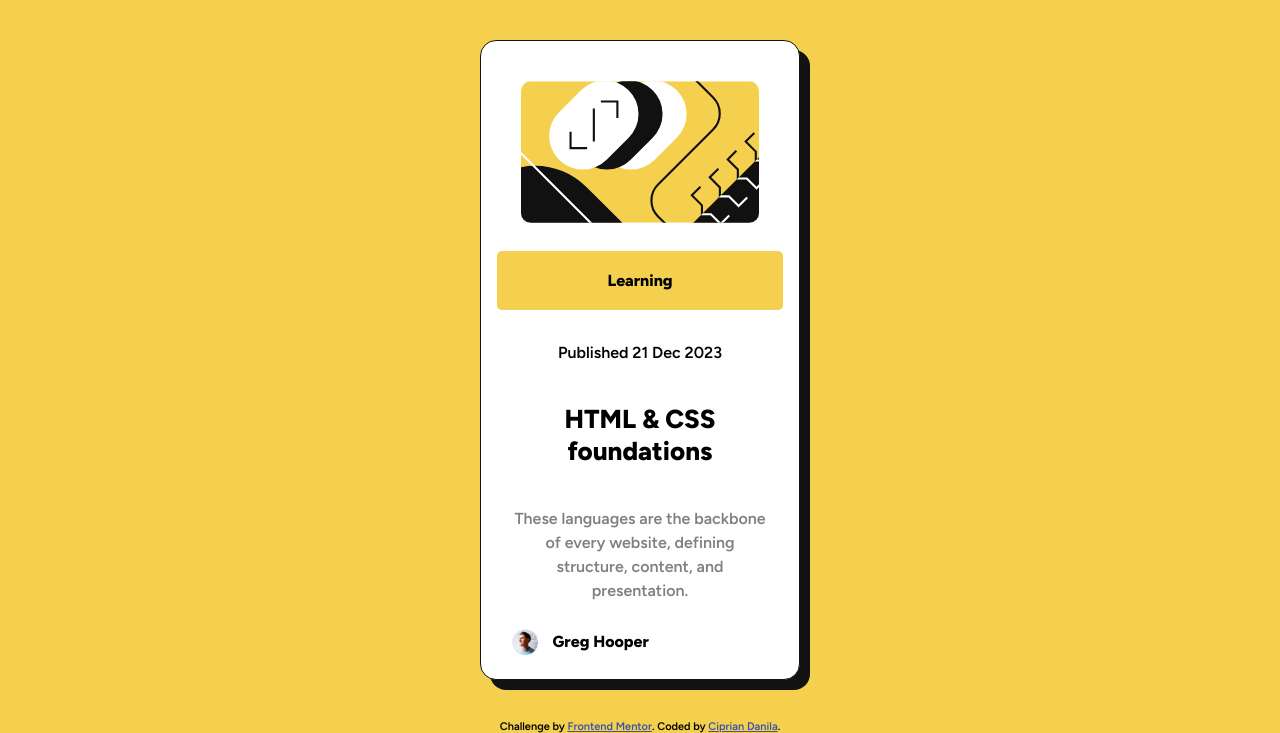
Repository: cipdanila/blog-preview-card
Page: index.html
The author's editor kept a copy of each file at every save. The page is drawn from the files as they stood at one save, then again after the next save.
The browser window is 1280 px wide. The pictures show the whole page.

Above is the page before, as saved 2024-01-28 14:06:20.

After the next save:
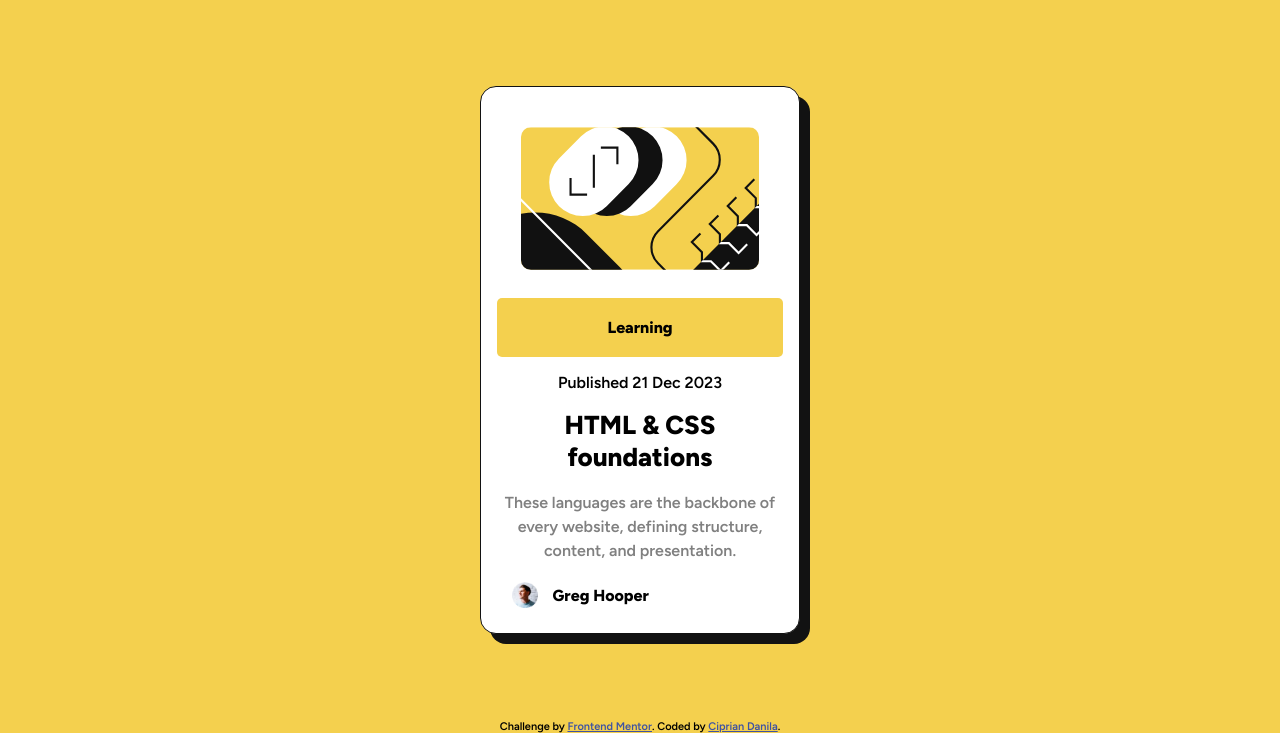
Saved 11 s later.
--- a/style.css
+++ b/style.css
@@ -68,9 +68,7 @@
 }
 
 .publish, .title, .info, .avatar {
-    width: auto;
-    margin: 5px;
-    padding: 1px 10px;
+    margin-bottom: ;
 }
 
 .title h1 {
